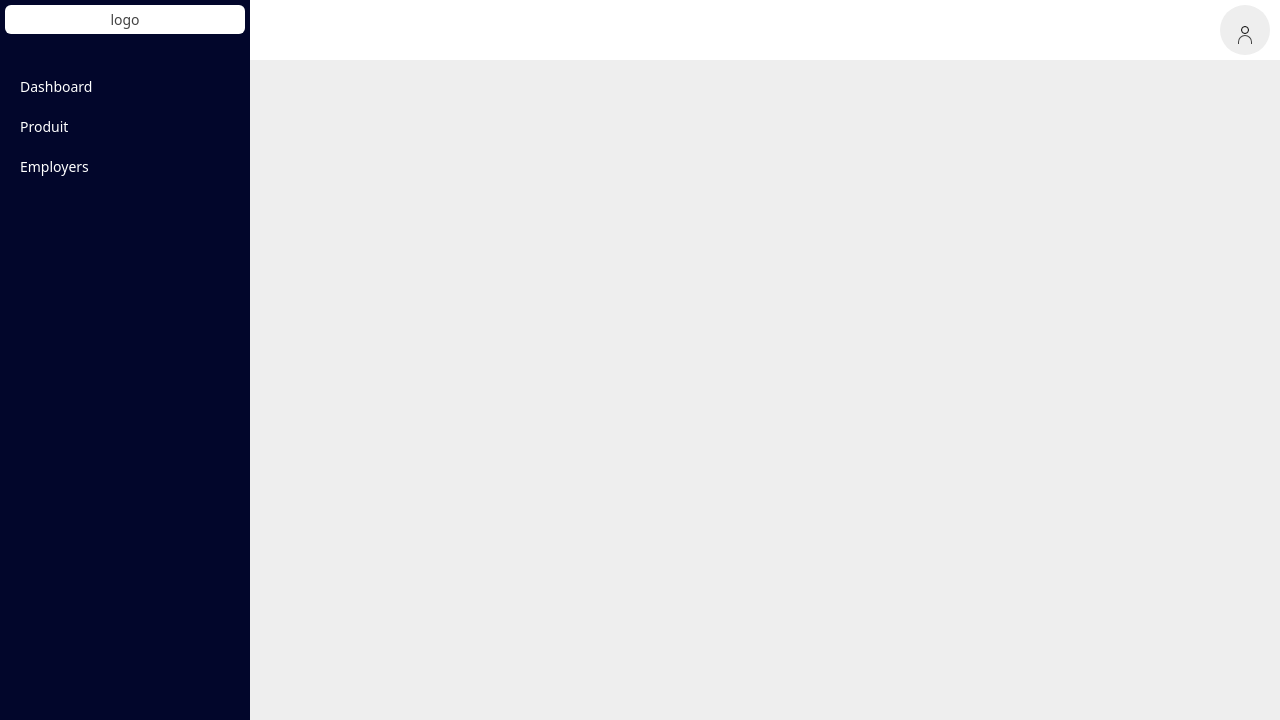
Repository: zpaulange/task_manager
Page: dashboard/index.html
The author's editor kept a copy of each file at every save. The page is drawn from the files as they stood at one save, then again after a run of saves.
The browser window is 1280 px wide. The pictures show the whole page.

Above is the page before, as saved 2025-03-06 10:46:38.

### dashboard/index.html
<!DOCTYPE html>
<html lang="en">
<head>
    <meta charset="UTF-8">
    <meta name="viewport" content="width=device-width, initial-scale=1.0">
    <link rel="stylesheet" href="../assets/styles/dashboard/style.css">
    <title>Document</title>
</head>
<body>
  <section class="dashboard">
    <aside class="dashboard_left aside">
      <a href="#" class="aside_logo">logo</a>
      <ul class="aside_menu">
        <li class="aside_list"><a href="#">Dashboard</a></li>
        <li class="aside_list"><a href="#">Produit</a></li>
        <li class="aside_list"><a href="#">Employers</a></li>
      </ul>
    </aside>
    <div class="dashboard_right">
      <nav class="dashbaord_nav">
        <a href="#" class="dashbaord_nav_avatar">
          <span></span>
        </a>
      </nav>
      <main class="main">

      </main>
    </div>
  </section>

</body>
</html>

### assets/styles/dashboard/style.css
*{
  margin:0;
  padding:0;
  box-sizing: border-box;
  position:relative;
  font-family: system-ui, sans-serif;
  font-size: 14px;
  color:#434343;
}
body{
  overflow-x: hidden;
}
a{
  text-decoration: none;
}
a:active, a:hover{
  color:#434343;
}
img{
  width: 100%;
  height: auto;
}
ul li{
  list-style: none;
}

.dashboard{
  min-height: 100vh;
  background-color: #eee;
}
.aside{
  width:250px;
  background-color: #02062b;
  height: 100vh;
  position: fixed;
  top:0;
  left:0;
  z-index: 10;
}
.aside_logo{
  display: block;
  text-align: center;
  padding:5px;
  background-color: #fff;
  margin:5px;
  border-radius:6px;
}
.aside_menu{
  margin-top: 35px;
}
.aside_list{
  margin-bottom: 5px;
  margin-left:10px;
  margin-right:10px;
}
.aside_list a{
  display: block;
  color:#fff;
  padding:8px 10px;
  transition:.2s;
  border-radius: 8px;
}
.aside_list a:hover{
  background-color: #0000004f;
}
.dashboard_right{
  padding-left: 250px;
  min-height: 100vh;
}
.dashbaord_nav{
  background-color: #fff;
  padding:5px 10px;
  display: flex;
  align-items:center;
  justify-content: flex-end;
  z-index: 1000;
}
.dashbaord_nav_avatar{
  display: flex;
  align-items: center;
  justify-content: center;
  height:50px;
  width: 50px;
  border-radius:50%;
  background-color: #eee;

}
.dashbaord_nav_avatar span{
  display: inline-block;
  height: 8px;
  width: 8px;
  border-radius:50%;
  border:1px solid #000
}
.dashbaord_nav_avatar span:before{
  content:'';
  position: absolute;
  height: 8px;
  width: 12px;
  border:1px solid;
  left:50%;
  transform: translateX(-50%);
  top:8px;
  border-bottom: none;
  border-top-left-radius: 10px;
  border-top-right-radius: 10px;
}

After the next 2 saves:
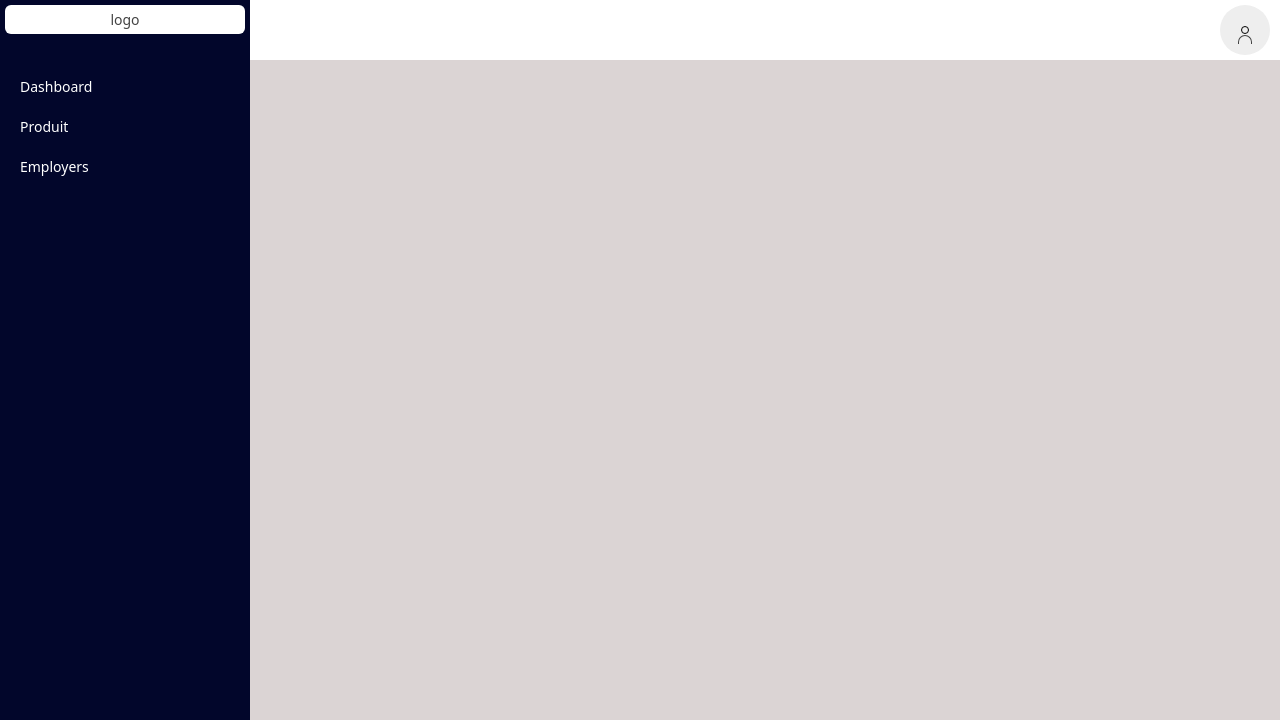
The 2 saves are shown as one change because they came seconds apart.
The last was saved 45 s later.
--- a/assets/styles/dashboard/style.css
+++ b/assets/styles/dashboard/style.css
@@ -26,7 +26,7 @@ ul li{
 
 .dashboard{
   min-height: 100vh;
-  background-color: #eee;
+  background-color: #dbd4d4;
 }
 .aside{
   width:250px;
